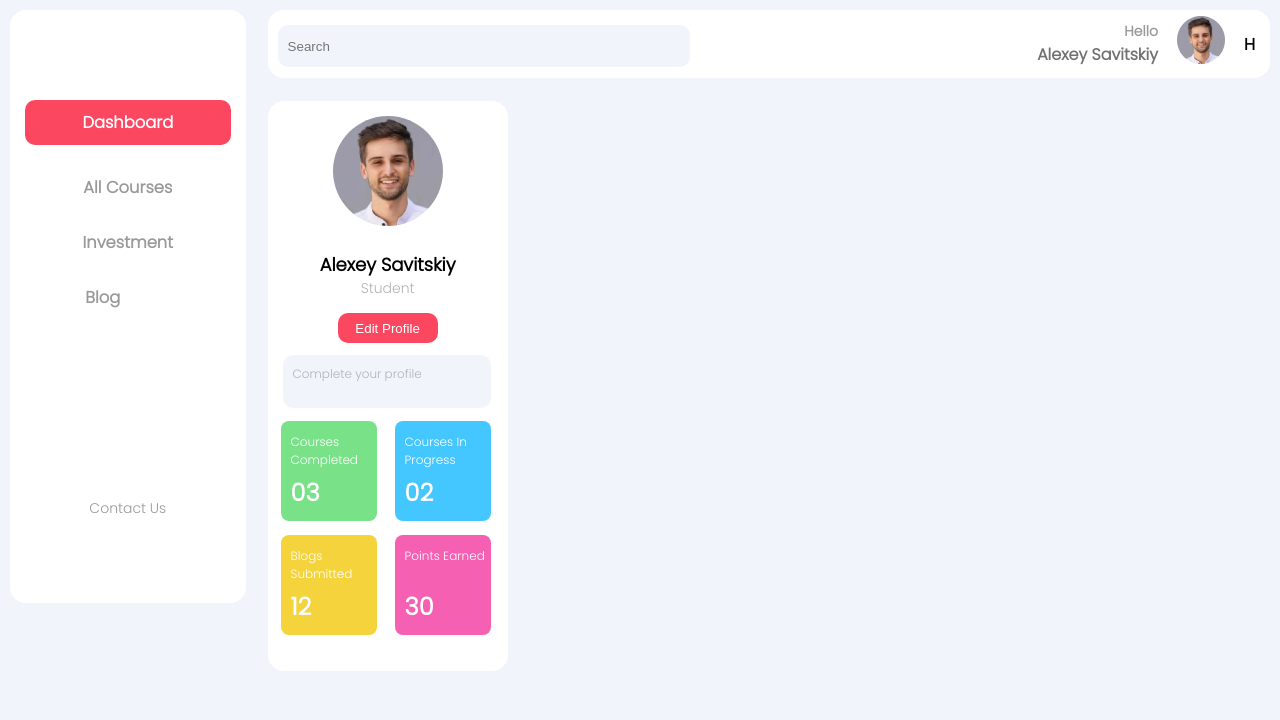
Repository: Anuruddha00/dashboard-design
Page: /
These files come from the project's save history. The page is drawn as it stood at one moment and after the next save; the edit follows.
The browser window is 1280 px wide. The pictures show the whole page.
The project was rebuilt for these pictures with package versions that can differ from the ones it lists, and the page was loaded fresh each time.

Above is the page before, as saved 2021-05-07 14:42:47.

### public/index.html
<!DOCTYPE html>
<html lang="en">
  <head>
    <meta charset="utf-8" />
    <link rel="icon" href="%PUBLIC_URL%/favicon.ico" />
    <meta name="viewport" content="width=device-width, initial-scale=1" />
    <meta name="theme-color" content="#000000" />
    <meta
      name="description"
      content="Web site created using create-react-app"
    />
    <link rel="apple-touch-icon" href="%PUBLIC_URL%/logo192.png" />

    <link rel="preconnect" href="https://fonts.gstatic.com">
    <link href="https://fonts.googleapis.com/css2?family=Poppins:wght@300&display=swap" rel="stylesheet">

    <!--
      manifest.json provides metadata used when your web app is installed on a
      user's mobile device or desktop. See https://developers.google.com/web/fundamentals/web-app-manifest/
    -->
    <link rel="manifest" href="%PUBLIC_URL%/manifest.json" />
    <!--
      Notice the use of %PUBLIC_URL% in the tags above.
      It will be replaced with the URL of the `public` folder during the build.
      Only files inside the `public` folder can be referenced from the HTML.

      Unlike "/favicon.ico" or "favicon.ico", "%PUBLIC_URL%/favicon.ico" will
      work correctly both with client-side routing and a non-root public URL.
      Learn how to configure a non-root public URL by running `npm run build`.
    -->
    <title>React App</title>
  </head>
  <body>
    <noscript>You need to enable JavaScript to run this app.</noscript>
    <div id="root"></div>
    <!--
      This HTML file is a template.
      If you open it directly in the browser, you will see an empty page.

      You can add webfonts, meta tags, or analytics to this file.
      The build step will place the bundled scripts into the <body> tag.

      To begin the development, run `npm start` or `yarn start`.
      To create a production bundle, use `npm run build` or `yarn build`.
    -->
  </body>
</html>

### src/index.js
import React from 'react';
import ReactDOM from 'react-dom';
import Dashboard from './containers/Dashboard/Dashboard';
import reportWebVitals from './reportWebVitals';

ReactDOM.render(
  <React.StrictMode>
    <Dashboard />
  </React.StrictMode>,
  document.getElementById('root')
);

// If you want to start measuring performance in your app, pass a function
// to log results (for example: reportWebVitals(console.log))
// or send to an analytics endpoint. Learn more: https://bit.ly/CRA-vitals
reportWebVitals();

### src/containers/Dashboard/Dashboard.js
import React from 'react';
import './Dashboard.scss';

const dashboard = () =>{

    return(
        <div className='container'>
            <div className='dashboard'>
                <div className='dashboardSideBar'>
                   <div className='dashboardSideBarTitle'>
                        <h3 className='dashboardSideBarTitleDashboard'>Dashboard</h3>
                        <h3 className='dashboardSideBarTitleCourses'>All Courses</h3>
                        <h3 className='dashboardSideBarTitleInvestment'>Investment</h3>
                        <h3 className='dashboardSideBarTitleBlog'>Blog</h3>
                   </div>
                   <div className='dashboardSideBarContact'>
                        <p>Contact Us</p>
                   </div>
                </div>
                <div className='dashboardMenu'>
                    <section className='content'>
                        <nav className='contentNavbar'>
                            <div className='contentNavbarSearch'>
                                <form>
                                    <input type='text' placeholder='Search'/>
                                </form>
                            </div>
                            <div className='contentNavbarProfile'>
                                <div className='contentNavbarProfileName'>
                                    <h3>Hello</h3>
                                    <h2>Alexey Savitskiy</h2>
                                </div>
                                <img src='./assets/Image 9.png'/>
                                <h1>H</h1>
                            </div>
                        </nav>
                        <div className='contentBody'>
                            <section className='details'>
                                <div className='detailsAbout'>
                                    <div className='detailsAboutProfile'>
                                        <img src='./assets/Image 12.png'/>
                                        <h3>Alexey Savitskiy</h3>
                                        <p>Student</p>
                                        <button>Edit Profile</button>
                                    </div>
                                    <div className='detailsAboutComplete'>
                                        <p>Complete your profile</p>
                                    </div>
                                    <div className='detailsAboutProgress'>
                                        <div className='detailsAboutProgressCompleted'>
                                            <p>Courses Completed</p>
                                            <h1>03</h1>
                                        </div>
                                        <div className='detailsAboutProgressContinue'>
                                            <p>Courses In Progress</p>
                                            <h1>02</h1>
                                        </div>
                                        <div className='detailsAboutProgressBlogs'>
                                            <p>Blogs Submitted</p>
                                            <h1>12</h1>
                                        </div>
                                        <div className='detailsAboutProgressPoints'>
                                            <p>Points Earned</p>
                                            <h1>30</h1>
                                        </div>
                                    </div>
                                </div>
                            </section>
                        </div>
                   </section>
                </div>
            </div>
        </div>
    )

}
export default dashboard;

### src/containers/Dashboard/Dashboard.scss

body{
    margin: 0;
    padding: 0;
    font-size: 0.875rem;
    font-family: 'Poppins', sans-serif;

}

.container{
    background: #f1f5fb;
    height: 100vh;

    .dashboard{
        display: grid;
        grid-template-columns: 1fr 4fr;
        gap:2px;
        grid-auto-rows: minmax(100px, auto);

        &SideBar{
            grid-column: 1;
            grid-row: 1 / 5;
            padding-bottom: 70px;
            border-radius: 16px;
            background: #ffffff;
            margin: 10px;

            &Title{
                margin-top: 90px;
                font-size: 14px;

                &Dashboard{
                    background:#fc4760;
                    border-radius: 10px;
                    text-align: center;
                    padding: 10px 10px 10px 10px;
                    margin: 10px 15px 10px 15px;
                    color: #ffffff;

                }
                &Courses{
                    text-align: center;
                    margin-top: 30px;
                    color: #9a9999;
                }
                &Investment{
                    text-align: center;
                    margin-top: 30px;
                    color: #9a9999;
                }
                &Blog{
                    text-align: center;
                    margin-top: 30px;
                    margin-right: 50px;
                    color: #9a9999;
                }
            }
            &Contact{
                margin-top: 80%;

                p{
                    text-align: center;
                    color: #9a9999;
                    font-size: 14px;
                }

            }
        }
        &Menu{
            // border: 1px solid red;
            grid-column: 2;
            grid-row: 1 / 6;
            margin: 10px;

            .content{
                display: grid;
                grid-template-rows:1fr 7fr ;
                gap:10px;

                &Navbar{
                    display: grid;
                    grid-template-columns: 1fr 1fr;
                    background: #ffffff;
                    border-radius: 16px;
                    height: 68px;

                    &Search{

                        input{
                            background: #f1f5fb;
                            border-style: none;
                            padding-left: 10px;
                            width: 400px;
                            height: 40px;
                            margin: 15px 0 0 10px;
                            border-radius: 10px;

                        }
                    }
                    &Profile{
                        display: flex;
                        flex-direction: row;
                        justify-content: flex-end;
                        gap: 1em;
                        margin-right: 15px;
                        align-items: center;
                        height: 68px;

                        &Name{
                            text-align: end;
                            margin-top: 0;

                            h3{
                                color: #9a9999;
                                margin: 0;
                                font-size: 14px;
                            }
                            h2{
                                margin: 0;
                                font-size: 16px;
                                color: #707070;
                            }
                        }
                    }
                }
                &Body{
                    display: grid;
                    grid-template-columns: 2fr 4fr 3fr;


                    .details{
                        border-radius: 16px;
                        background: #ffffff;


                        &About{
                            height:555px;
                            width: 240px;

                            &Profile{
                                text-align: center;
                                margin-top: 15px;


                                h3{
                                    font-size: 18px;
                                    margin: 0;
                                }
                                p{
                                    color: #b0b2b5;
                                    margin-top: 0;
                                }
                                button{
                                    border-style: none;
                                    border-radius: 10px;
                                    width: 100px;
                                    height: 30px;
                                    color: #ffffff;
                                    background: #fc4760;

                                }
                            }
                            &Complete{
                                background: #f1f5fb;
                                border-radius: 10px;
                                color: #b0b2b5;
                                height: 53px;
                                width: 208px;
                                font-size: 12px;
                                margin-left: 15px;

                                p{
                                    padding-left: 10px;
                                    padding-top: 10px;
                                }
                            }
                            &Progress{
                                display: grid;
                                grid-template-columns: 1fr 1fr;
                                margin: 13px;
                                gap: 1em;
                                color: #ffffff;

                                p{
                                    font-size: 12px;
                                    padding-left: 10px;
                                }


                                &Completed{
                                    background: #79e289;
                                    border-radius: 8px;
                                    width: 96px;
                                    height: 100px;
                                    position: relative;

                                    h1{
                                        font-size: 24px;
                                        position: absolute;
                                        left: 10px;
                                        top: 30px;
                                    }

                                }
                                &Continue{
                                    background:  #44c6ff;
                                    border-radius: 8px;
                                    width: 96px;
                                    height: 100px;
                                    position: relative;

                                    h1{
                                        font-size: 24px;
                                        position: absolute;
                                        left: 10px;
                                        top: 30px;
                                    }

                                }
                                &Blogs{
                                    background:  #f4d33d;
                                    border-radius: 8px;
                                    width: 96px;
                                    height: 100px;
                                    position: relative;

                                    h1{
                                        font-size: 24px;
                                        position: absolute;
                                        left: 10px;
                                        top: 30px;
                                    }
                                }
                                &Points{
                                    background: #f560b2;
                                    border-radius: 8px;
                                    width: 96px;
                                    height: 100px;
                                    position: relative;

                                    h1{
                                        font-size: 24px;
                                        position: absolute;
                                        left: 10px;
                                        top: 30px;
                                    }

                                }

                            }
                        }
                    }
                }
            }
        }
    }
}

Loaded but not shown: src/reportWebVitals.js (common file)

After the next save:
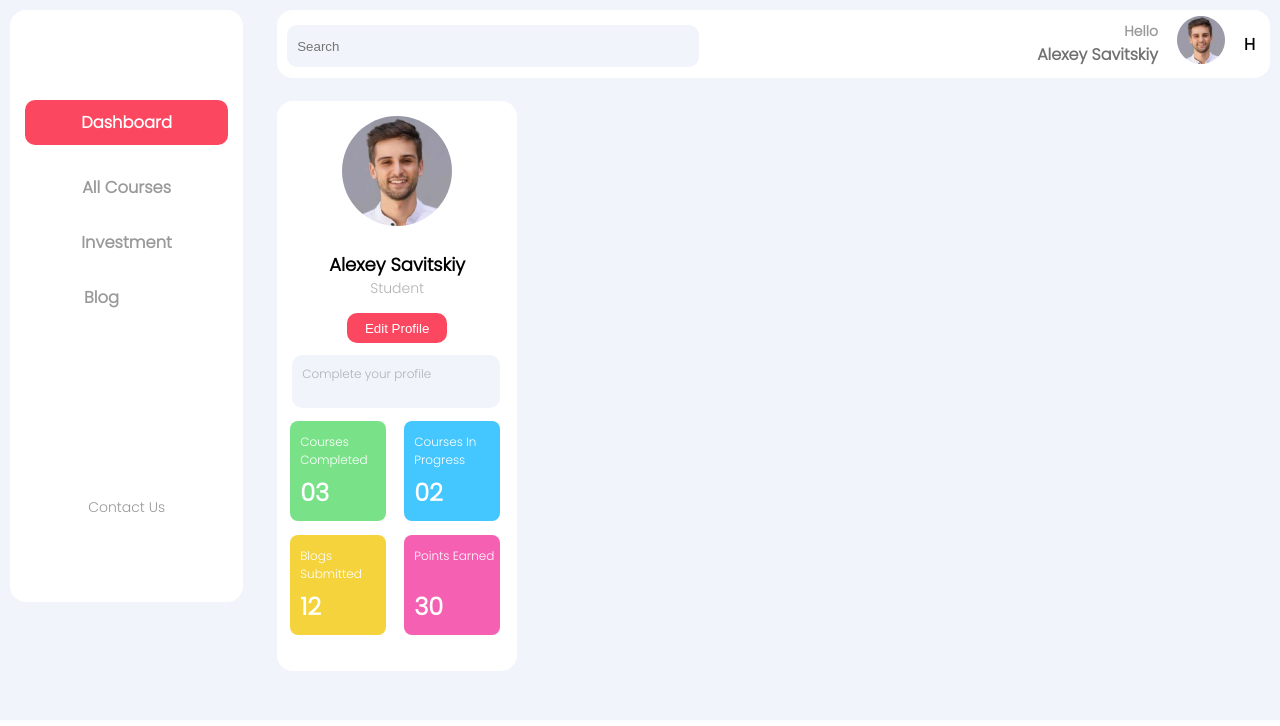
Saved 6 s later.
--- a/src/containers/Dashboard/Dashboard.scss
+++ b/src/containers/Dashboard/Dashboard.scss
@@ -14,7 +14,7 @@ body{
     .dashboard{
         display: grid;
         grid-template-columns: 1fr 4fr;
-        gap:2px;
+        gap:1em;
         grid-auto-rows: minmax(100px, auto);
 
         &SideBar{
